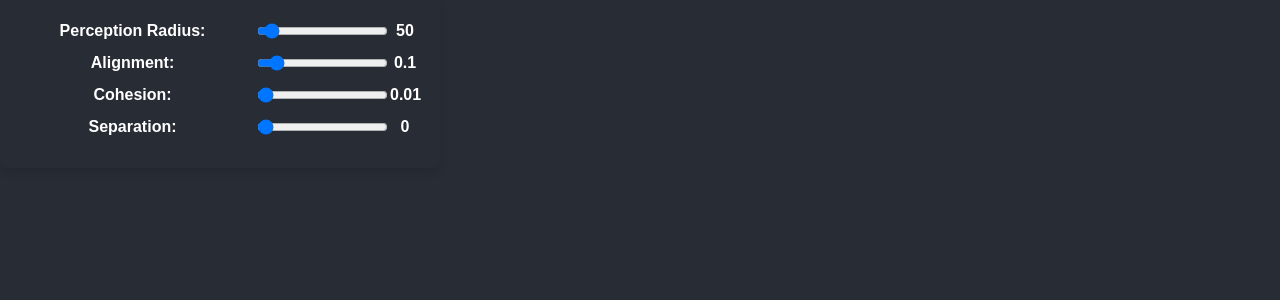
Repository: eltonsampaio12/boids
Page: index.html
An editor plug-in stored every save of this project. The page is shown before and after the next save, followed by the edit.
The browser window is 1280 px wide. The pictures show the whole page.

Above is the page before, as saved 2024-02-01 00:16:41.
Not found: main.ts

### index.html
<!DOCTYPE html>
<html lang="en">
  <head>
    <meta charset="utf-8" />
    <title>My first three.js app</title>
    <style>
      body {
        margin: 0;
        background-color: #282c34;
        color: white;
        font-family: "Arial", sans-serif;
      }

      .container {
        width: 400px;
        padding: 20px;
        border-radius: 8px;
        box-shadow: 0 4px 8px rgba(0, 0, 0, 0.1);
        text-align: center;
      }

      .parameterParent {
        display: flex;
        align-items: center;
        margin-bottom: 10px;
      }

      label {
        margin-right: 10px;
        font-weight: bold;
        flex: 1;
      }

      input {
        border: 1px solid #ccc;
        border-radius: 4px;
        outline: none;
      }

      span {
        font-weight: bold;
        width: 30px;
      }
    </style>
  </head>
  <body>
    <script type="module" src="/main.ts"></script>

    <div class="container">
      <div class="parameterParent">
        <label for="perceptionRadiusSlider">Perception Radius:</label>
        <input
          type="range"
          id="perceptionRadiusSlider"
          min="0"
          max="1000"
          value="50"
          step="1"
        />
        <span id="perceptionRadiusValue">50</span>
      </div>

      <div class="parameterParent">
        <label for="alignmentSlider">Alignment:</label>
        <input
          type="range"
          id="alignmentSlider"
          min="0"
          max="1"
          value="0.1"
          step="0.1"
        />
        <span id="alignmentValue">0.1</span>
      </div>

      <div class="parameterParent">
        <label for="cohesionSlider">Cohesion:</label>
        <input
          type="range"
          id="cohesionSlider"
          min="0"
          max="1"
          value="0.01"
          step="0.1"
        />
        <span id="cohesionValue">0.01</span>
      </div>

      <div class="parameterParent">
        <label for="separationSlider">Separation:</label>
        <input
          type="range"
          id="separationSlider"
          min="0"
          max="100"
          value="0"
          step="0.1"
        />
        <span id="separationValue">0</span>
      </div>
    </div>
  </body>
</html>

After the next save:
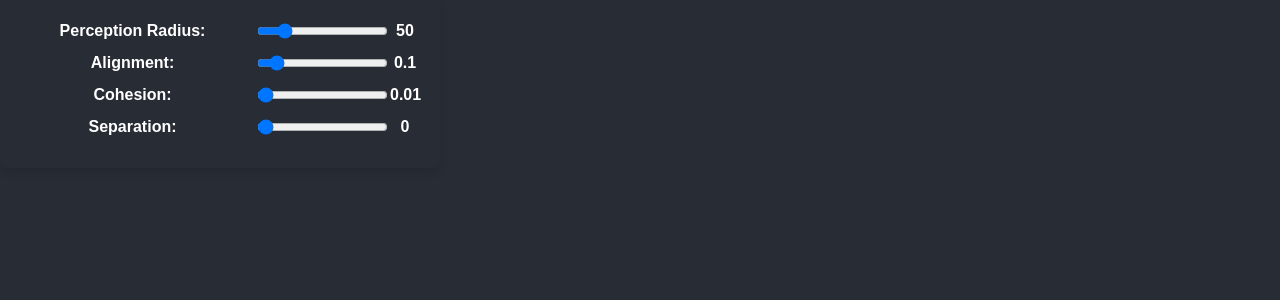
Saved 19 s later.
--- a/index.html
+++ b/index.html
@@ -53,7 +53,7 @@
           type="range"
           id="perceptionRadiusSlider"
           min="0"
-          max="1000"
+          max="300"
           value="50"
           step="1"
         />
